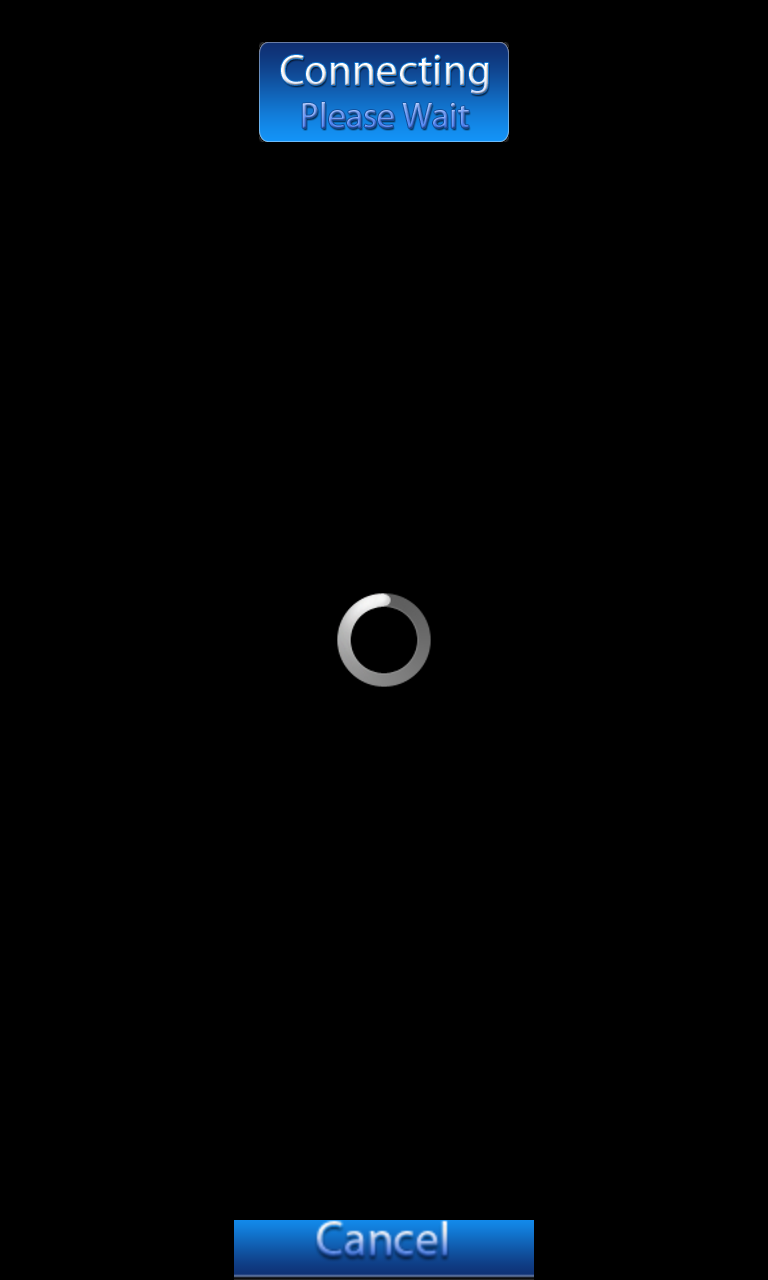
Repository: Matt-Bishop/HP-Photo-Kiosk
Layout: workspace/HP_PK/res/layout/connecting.xml
An editor plug-in stored every save of this project. The layout is shown before and after the next save, followed by the edit.
It is drawn on a 768 x 1280 px phone screen (xhdpi) without system bars, with theme android:Theme; the app's code is not run.

Above is the layout before, as saved 2011-01-05 01:57:32.

### workspace/HP_PK/res/layout/connecting.xml
<?xml version="1.0" encoding="utf-8"?>
<RelativeLayout
android:id="@+id/widget85"
android:layout_width="fill_parent"
android:layout_height="fill_parent"
xmlns:android="http://schemas.android.com/apk/res/android"
>
<ProgressBar
android:id="@+id/widget36"
android:layout_width="wrap_content"
android:layout_height="wrap_content"
android:indeterminate="true"
android:layout_centerVertical="true"
android:layout_centerHorizontal="true"
>
</ProgressBar>
<ImageView
android:id="@+id/widget37"
android:layout_width="250px"
android:layout_height="100px"
android:src="@drawable/hp_connecting"
android:layout_below="@+id/widget88"
android:layout_centerHorizontal="true"
>
</ImageView>
<FrameLayout
android:id="@+id/widget88"
android:layout_width="wrap_content"
android:layout_height="21px"
android:layout_below="@+id/widget86"
android:layout_alignParentLeft="true"
>
</FrameLayout>
<FrameLayout
android:id="@+id/widget86"
android:layout_width="wrap_content"
android:layout_height="21px"
android:layout_alignParentTop="true"
android:layout_alignParentLeft="true"
>
<FrameLayout
android:id="@+id/widget87"
android:layout_width="wrap_content"
android:layout_height="wrap_content"
>
</FrameLayout>
</FrameLayout>
<ImageButton
android:id="@+id/widget30"
android:layout_width="300px"
android:layout_height="60px"
android:src="@drawable/hp_cancel_button"
android:layout_alignParentBottom="true"
android:layout_centerHorizontal="true"
>
</ImageButton>
</RelativeLayout>

After the next save:
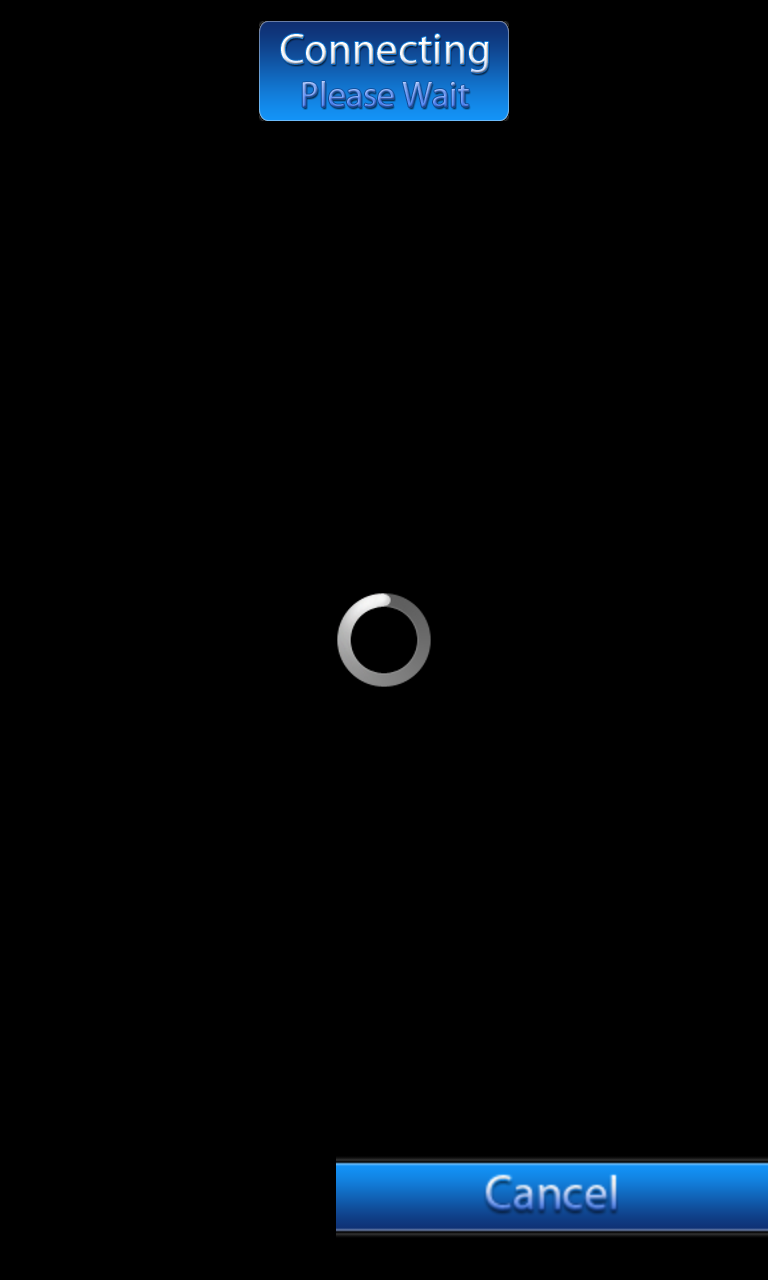
Saved 81 s later.
--- a/workspace/HP_PK/res/layout/connecting.xml
+++ b/workspace/HP_PK/res/layout/connecting.xml
@@ -5,6 +5,25 @@
 android:layout_height="fill_parent"
 xmlns:android="http://schemas.android.com/apk/res/android"
 >
+<ImageView
+android:id="@+id/widget37"
+android:layout_width="250px"
+android:layout_height="100px"
+android:src="@drawable/hp_connecting"
+android:layout_below="@+id/widget86"
+android:layout_centerHorizontal="true"
+>
+</ImageView>
+<ImageButton
+android:id="@+id/widget30"
+android:layout_width="wrap_content"
+android:layout_height="wrap_content"
+android:background="#ff000000"
+android:src="@drawable/hp_cancel_button"
+android:layout_above="@+id/widget88"
+android:layout_alignLeft="@+id/widget36"
+>
+</ImageButton>
 <ProgressBar
 android:id="@+id/widget36"
 android:layout_width="wrap_content"
@@ -14,20 +33,11 @@
 android:layout_centerHorizontal="true"
 >
 </ProgressBar>
-<ImageView
-android:id="@+id/widget37"
-android:layout_width="250px"
-android:layout_height="100px"
-android:src="@drawable/hp_connecting"
-android:layout_below="@+id/widget88"
-android:layout_centerHorizontal="true"
->
-</ImageView>
 <FrameLayout
 android:id="@+id/widget88"
 android:layout_width="wrap_content"
 android:layout_height="21px"
-android:layout_below="@+id/widget86"
+android:layout_alignParentBottom="true"
 android:layout_alignParentLeft="true"
 >
 </FrameLayout>
@@ -45,13 +55,4 @@
 >
 </FrameLayout>
 </FrameLayout>
-<ImageButton
-android:id="@+id/widget30"
-android:layout_width="300px"
-android:layout_height="60px"
-android:src="@drawable/hp_cancel_button"
-android:layout_alignParentBottom="true"
-android:layout_centerHorizontal="true"
->
-</ImageButton>
 </RelativeLayout>
